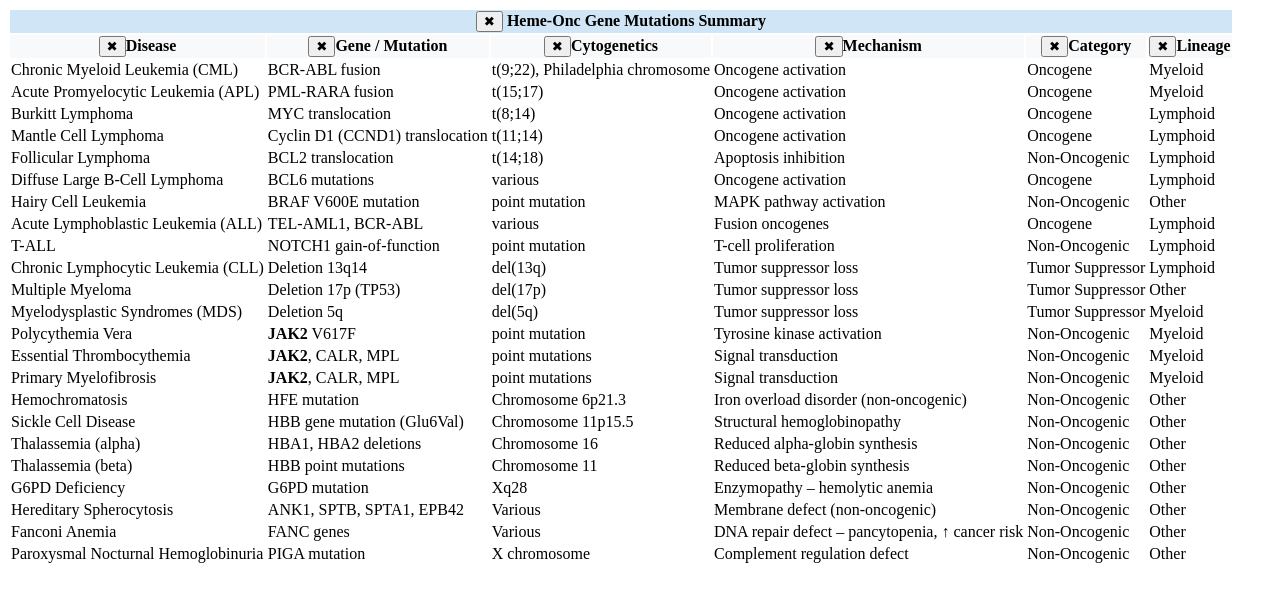
Repository: sharperdragon/STEVEL-1-Summaries
Page: subdex/hemeonc.table.html
The author's editor kept a copy of each file at every save. The page is drawn from the files as they stood at one save, then again after the next save.
The browser window is 1280 px wide. The pictures show the whole page.

Above is the page before, as saved 2025-05-20 17:42:54.

### subdex/hemeonc.table.html
<div class="table-container">
<table class="table1">
<thead>
<tr>
<th  colspan="6"  style="text-align: center; background-color: #d0e5f5;"><button>✖</button>
<strong>Heme-Onc Gene Mutations Summary</strong>
</th>
</tr>
<tr>
<th  style="background-color: #f7f9fa;"><button>✖</button>Disease</th>
<th  style="background-color: #f7f9fa;"><button>✖</button>Gene / Mutation</th>
<th  style="background-color: #f7f9fa;"><button>✖</button>Cytogenetics</th>
<th  style="background-color: #f7f9fa;"><button>✖</button>Mechanism</th>
<th  style="background-color: #f7f9fa;"><button>✖</button>Category</th>
<th   style="background-color: #f7f9fa;"><button>✖</button>Lineage</th>
</tr>
</thead>
<tbody>
<tr><td >Chronic Myeloid Leukemia (CML)</td><td >BCR-ABL fusion</td><td >t(9;22), Philadelphia chromosome</td><td >Oncogene activation</td><td >Oncogene</td><td  >Myeloid</td></tr>
<tr><td >Acute Promyelocytic Leukemia (APL)</td><td >PML-RARA fusion</td><td >t(15;17)</td><td >Oncogene activation</td><td >Oncogene</td><td  >Myeloid</td></tr>
<tr><td >Burkitt Lymphoma</td><td >MYC translocation</td><td >t(8;14)</td><td >Oncogene activation</td><td >Oncogene</td><td  >Lymphoid</td></tr>
<tr><td >Mantle Cell Lymphoma</td><td >Cyclin D1 (CCND1) translocation</td><td >t(11;14)</td><td >Oncogene activation</td><td >Oncogene</td><td  >Lymphoid</td></tr>
<tr><td >Follicular Lymphoma</td><td >BCL2 translocation</td><td >t(14;18)</td><td >Apoptosis inhibition</td><td >Non-Oncogenic</td><td  >Lymphoid</td></tr>
<tr><td >Diffuse Large B-Cell Lymphoma</td><td >BCL6 mutations</td><td >various</td><td >Oncogene activation</td><td >Oncogene</td><td  >Lymphoid</td></tr>
<tr><td >Hairy Cell Leukemia</td><td >BRAF V600E mutation</td><td >point mutation</td><td >MAPK pathway activation</td><td >Non-Oncogenic</td><td  >Other</td></tr>
<tr><td >Acute Lymphoblastic Leukemia (ALL)</td><td >TEL-AML1, BCR-ABL</td><td >various</td><td >Fusion oncogenes</td><td >Oncogene</td><td  >Lymphoid</td></tr>
<tr><td >T-ALL</td><td >NOTCH1 gain-of-function</td><td >point mutation</td><td >T-cell proliferation</td><td >Non-Oncogenic</td><td  >Lymphoid</td></tr>
<tr><td >Chronic Lymphocytic Leukemia (CLL)</td><td >Deletion 13q14</td><td >del(13q)</td><td >Tumor suppressor loss</td><td >Tumor Suppressor</td><td  >Lymphoid</td></tr>
<tr><td >Multiple Myeloma</td><td >Deletion 17p (TP53)</td><td >del(17p)</td><td >Tumor suppressor loss</td><td >Tumor Suppressor</td><td  >Other</td></tr>
<tr><td >Myelodysplastic Syndromes (MDS)</td><td >Deletion 5q</td><td >del(5q)</td><td >Tumor suppressor loss</td><td >Tumor Suppressor</td><td  >Myeloid</td></tr>
<tr><td >Polycythemia Vera</td><td ><b>JAK2</b> V617F</td><td >point mutation</td><td >Tyrosine kinase activation</td><td >Non-Oncogenic</td><td  >Myeloid</td></tr>
<tr><td >Essential Thrombocythemia</td><td ><b>JAK2</b>, CALR, MPL</td><td >point mutations</td><td >Signal transduction</td><td >Non-Oncogenic</td><td  >Myeloid</td></tr>
<tr><td >Primary Myelofibrosis</td><td ><b>JAK2</b>, CALR, MPL</td><td >point mutations</td><td >Signal transduction</td><td >Non-Oncogenic</td><td  >Myeloid</td></tr>
<tr><td >Hemochromatosis</td><td >HFE mutation</td><td >Chromosome 6p21.3</td><td >Iron overload disorder (non-oncogenic)</td><td >Non-Oncogenic</td><td  >Other</td></tr>
<tr><td >Sickle Cell Disease</td><td >HBB gene mutation (Glu6Val)</td><td >Chromosome 11p15.5</td><td >Structural hemoglobinopathy</td><td >Non-Oncogenic</td><td  >Other</td></tr>
<tr><td >Thalassemia (alpha)</td><td >HBA1, HBA2 deletions</td><td >Chromosome 16</td><td >Reduced alpha-globin synthesis</td><td >Non-Oncogenic</td><td  >Other</td></tr>
<tr><td >Thalassemia (beta)</td><td >HBB point mutations</td><td >Chromosome 11</td><td >Reduced beta-globin synthesis</td><td >Non-Oncogenic</td><td  >Other</td></tr>
<tr><td >G6PD Deficiency</td><td >G6PD mutation</td><td >Xq28</td><td >Enzymopathy – hemolytic anemia</td><td >Non-Oncogenic</td><td  >Other</td></tr>
<tr><td >Hereditary Spherocytosis</td><td >ANK1, SPTB, SPTA1, EPB42</td><td >Various</td><td >Membrane defect (non-oncogenic)</td><td >Non-Oncogenic</td><td  >Other</td></tr>
<tr><td >Fanconi Anemia</td><td >FANC genes</td><td >Various</td><td >DNA repair defect – pancytopenia, ↑ cancer risk</td><td >Non-Oncogenic</td><td  >Other</td></tr>
<tr><td >Paroxysmal Nocturnal Hemoglobinuria</td><td >PIGA mutation</td><td >X chromosome</td><td >Complement regulation defect</td><td >Non-Oncogenic</td><td  >Other</td></tr>
</tbody>
</table>
</div>

After the next save:
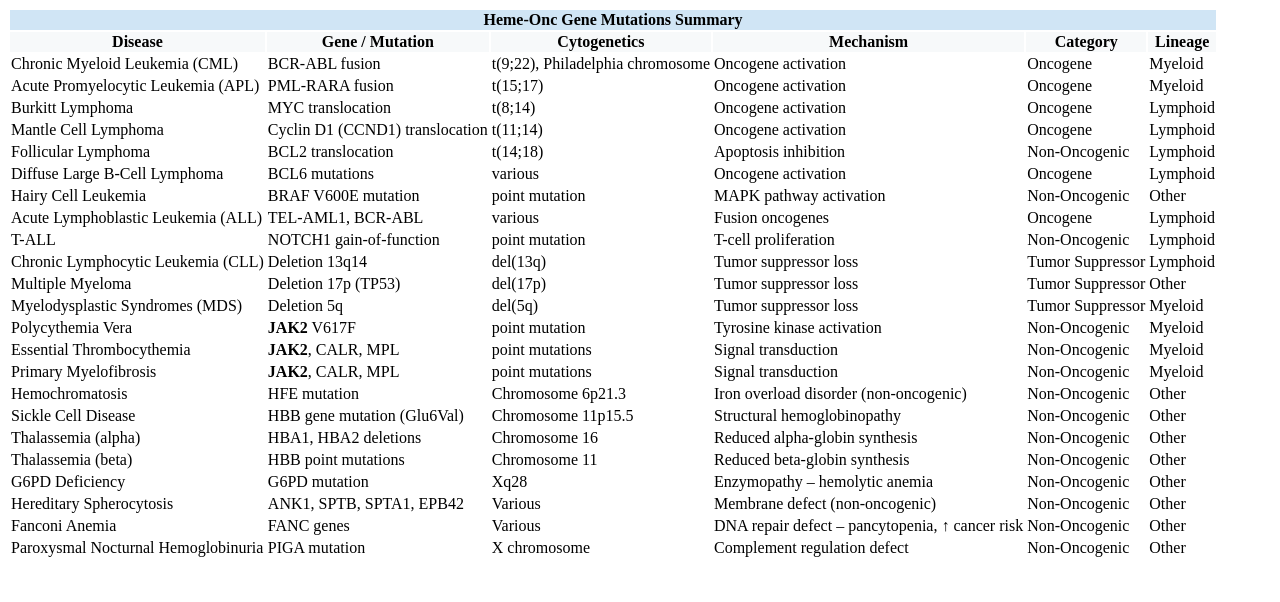
Saved 35 s later.
--- a/subdex/hemeonc.table.html
+++ b/subdex/hemeonc.table.html
@@ -2,17 +2,17 @@
 <table class="table1">
 <thead>
 <tr>
-<th  colspan="6"  style="text-align: center; background-color: #d0e5f5;"><button>✖</button>
+<th  colspan="6"  style="text-align: center; background-color: #d0e5f5;">
 <strong>Heme-Onc Gene Mutations Summary</strong>
 </th>
 </tr>
 <tr>
-<th  style="background-color: #f7f9fa;"><button>✖</button>Disease</th>
-<th  style="background-color: #f7f9fa;"><button>✖</button>Gene / Mutation</th>
-<th  style="background-color: #f7f9fa;"><button>✖</button>Cytogenetics</th>
-<th  style="background-color: #f7f9fa;"><button>✖</button>Mechanism</th>
-<th  style="background-color: #f7f9fa;"><button>✖</button>Category</th>
-<th   style="background-color: #f7f9fa;"><button>✖</button>Lineage</th>
+<th  style="background-color: #f7f9fa;">Disease</th>
+<th  style="background-color: #f7f9fa;">Gene / Mutation</th>
+<th  style="background-color: #f7f9fa;">Cytogenetics</th>
+<th  style="background-color: #f7f9fa;">Mechanism</th>
+<th  style="background-color: #f7f9fa;">Category</th>
+<th   style="background-color: #f7f9fa;">Lineage</th>
 </tr>
 </thead>
 <tbody>
